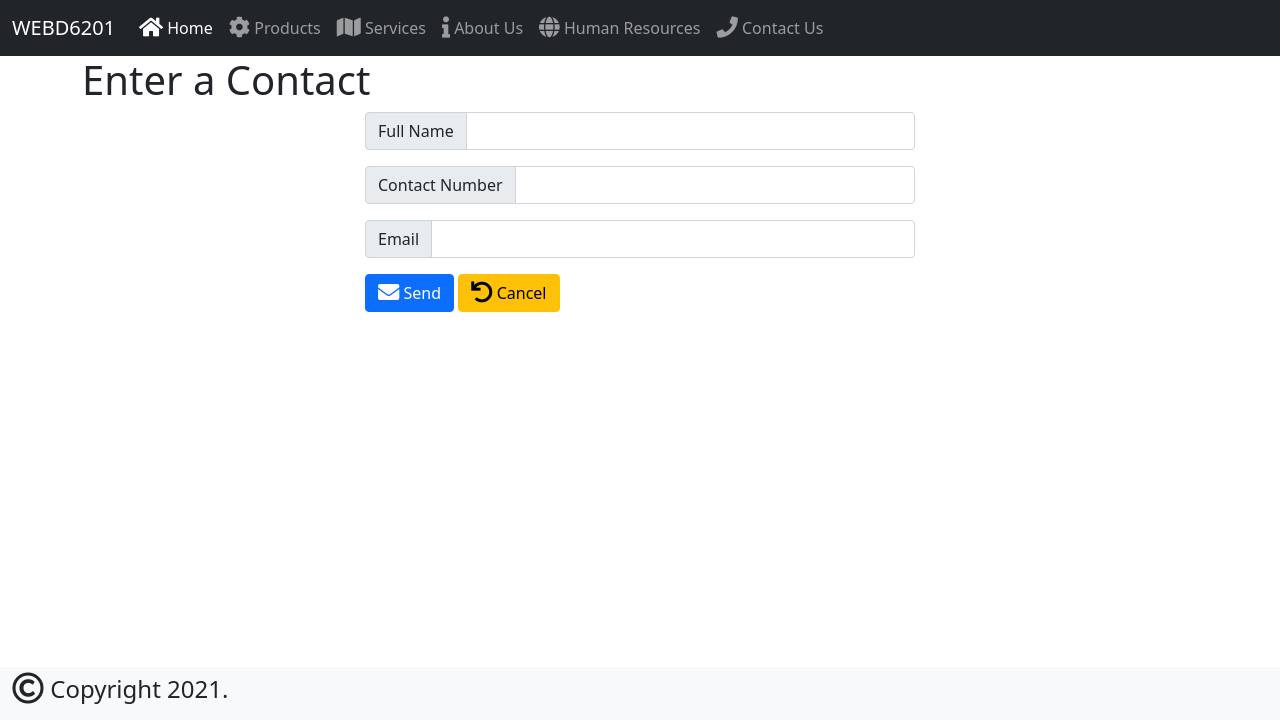
Repository: Sub4Sub/Lab_1
Page: contact.html
The author's editor kept a copy of each file at every save. The page is drawn from the files as they stood at one save, then again after the next save.
The browser window is 1280 px wide. The pictures show the whole page.

Above is the page before, as saved 2021-02-05 15:03:35.

### contact.html
<!DOCTYPE html>
<html lang="en">
<head>
    <meta charset="UTF-8">
    <meta name="viewport" content="width=device-width, initial-scale=1.0">
    <title>Contact</title>
    <!-- CSS Section -->
    <link rel="stylesheet" href="./node_modules/bootstrap/dist/css/bootstrap.min.css">
    <link rel="stylesheet" href="./node_modules/@fortawesome/fontawesome-free/css/all.min.css">
    <link rel="stylesheet" href="./Content/app.css">
</head>
<body>
    <!-- Main Header -->
    <header>
        <!-- Main Navigation -->
        <nav class="navbar navbar-expand-lg navbar-dark bg-dark">
            <div class="container-fluid">
              <a class="navbar-brand" href="index.html">WEBD6201</a>
              <button class="navbar-toggler" type="button" data-bs-toggle="collapse" data-bs-target="#navbarSupportedContent" aria-controls="navbarSupportedContent" aria-expanded="false" aria-label="Toggle navigation">
                <span class="navbar-toggler-icon"></span>
              </button>
              <div class="collapse navbar-collapse" id="navbarSupportedContent">
                <ul class="navbar-nav me-auto mb-2 mb-lg-0">
                  <li class="nav-item">
                    <a class="nav-link active" aria-current="page" href="index.html"><i class="fas fa-home fa-lg"></i> Home</a>
                  </li>

                  <li class="nav-item">
                    <a class="nav-link" id="productsLink" aria-current="page" href="products.html"><i class="fas fa-cog fa-lg"></i> Products</a>
                  </li>

                  <li class="nav-item">
                    <a class="nav-link" aria-current="page" href="services.html"><i class="fas fa-map fa-lg"></i> Services</a>
                  </li>

                  <li class="nav-item" id="aboutUsList">
                    <a class="nav-link" aria-current="page" href="about.html"><i class="fas fa-info fa-lg"></i> About Us</a>
                  </li>

                  <li class="nav-item">
                    <a class="nav-link" aria-current="page" href="contact.html"><i class="fas fa-phone fa-lg"></i> Contact Us</a>
                  </li>
                </ul>
              </div>
            </div>
          </nav>
    </header>

    <!-- Main Content -->
    <main class="container">
    </main>


    <!-- Script Section-->
    <script src="./node_modules/jquery/dist/jquery.min.js"></script>
    <script src="./node_modules/bootstrap/dist/js/bootstrap.bundle.min.js"></script>
    <script src="./Scripts/app.js"></script>
</body>
</html>

### Scripts/app.js
/*
* Name: Brett Tindall & Emeka Okoisama
* Student Id: 100708109 &
* Date Completed: 2021-02-05
*/

"use strict";

//IIFE - Immediately Invoked Function Expression
(function()
{

    /*
      Function that displays the home page's content
    */
    function displayHome()
    {
        let indexHeading = document.createElement("h1");

        indexHeading.setAttribute("id", "indexHeading");
        indexHeading.textContent = `Welcome to lab 1`;
        //indexHeading.className = "fs-4 fw-bold";

        let mainContent = document.querySelector("main");
        mainContent.appendChild(indexHeading);

        let newDivTag = document.createElement("div");
        newDivTag.innerHTML =
        `<h4>By Brett Tindall and Emeka Okoisama</h4>
        <p id="paragraphThree"> This is our first lab submission </p>`;

        mainContent.append(newDivTag);


    }

    /*
      Function that displays the contact page's content
    */
    function displayContact()
    {
      let contactHeading = document.createElement("h1");

      contactHeading.setAttribute("id", "contactHeading");
      contactHeading.textContent = "Enter a Contact";

      let mainContent = document.querySelector("main");
      mainContent.appendChild(contactHeading);

      let newDivTag = document.createElement("div");
      newDivTag.innerHTML =
      `<div id="messageArea"></div>

      <div class="row justify-content-lg-center g-3">
        <form class="col-lg-6 col-md-10 col-sm-10">

          <div class="input-group mb-3">
            <span class="input-group-text" id="inputGroup-sizing-default">Full Name </span>
            <input id="fullName" type="text" class="form-control" aria-label="Full Name" aria-describedby="Full Name Input"
            name="fullName" required>
          </div>

          <div class="input-group mb-3">
            <span class="input-group-text" id="inputGroup-sizing-default">Contact Number</span>
            <input id="contactNumber" type="tel" class="form-control" aria-label="Contact Number" aria-describedby="Contact Number Input"
            name="contactNumber" required>
          </div>

          <div class="input-group mb-3">
            <span class="input-group-text" id="inputGroup-sizing-default">Email</span>
            <input id="emailAddress" type="email" class="form-control" aria-label="Email Address" aria-describedby="Email Address Input"
            name="emailAddress" required>
          </div>

          <button id="sendButton" type="submit" class="btn btn-primary"><i class="fas fa-envelope fa-lg"></i> Send</button>
          <button id="cancelButton" type="reset" class="btn btn-warning"><i class="fas fa-undo fa-lg"></i> Cancel</button>
        </form>
      </div>`;

      mainContent.append(newDivTag);


      let sendButton = document.getElementById("sendButton");

        sendButton.addEventListener("click", function(event){

          window.location.href = '/index.html';

        });

    }

    /*
      Function that displays the fixed footer at the bottom of the page
    */
    function displayFooter()
    {
      let mainContent = document.querySelector("main");

      let newFooterTag = document.createElement("footer");

      newFooterTag.innerHTML =
      `
      <footer>
        <nav class="navbar fixed-bottom navbar-light bg-light">
            <div class="container-fluid">
              <h4><i class="far fa-copyright fa-lg"></i> Copyright 2021.</h4>
            </div>
          </nav>
    </footer>
      `

      mainContent.append(newFooterTag);

    }

    /*
      Function that adds a button to the human resources page
    */
    function addHumanResourcesButton()
    {

      let aboutUsLink = document.getElementById("aboutUsList");

      let newListItem = document.createElement("li");

      newListItem.innerHTML =
      `
      <li class="nav-item">
        <a class="nav-link" id="HumanResourcesLink" aria-current="page" href="human-resources.html"><i class="fas fa-globe fa-lg"></i> Human Resources</a>
      </li>
      `

      aboutUsLink.after(newListItem);

    }

    function Start()
    {
        console.log("App Started...");

        let productsButton = document.getElementById("productsLink");

        //productsButton.textContent = "Projects";

        productsButton.replaceChild = "Projects";

        addHumanResourcesButton();

        switch (document.title)
        {
          case "Home":
              displayHome();
            break;
          case "About":
              displayAbout();
            break;
          case "Projects":
              displayProjects();
            break;
          case "Services":
              displayServices();
            break;
          case "Contact":
              displayContact();
            break;
        }

    }

    displayFooter();

    window.addEventListener("load", Start);

})();

Loaded but not shown: node_modules/bootstrap/dist/css/bootstrap.min.css (library); node_modules/@fortawesome/fontawesome-free/css/all.min.css (library); node_modules/jquery/dist/jquery.min.js (library); node_modules/bootstrap/dist/js/bootstrap.bundle.min.js (library); Content/app.css (no stored copy; drawn as an empty file)

After the next save:
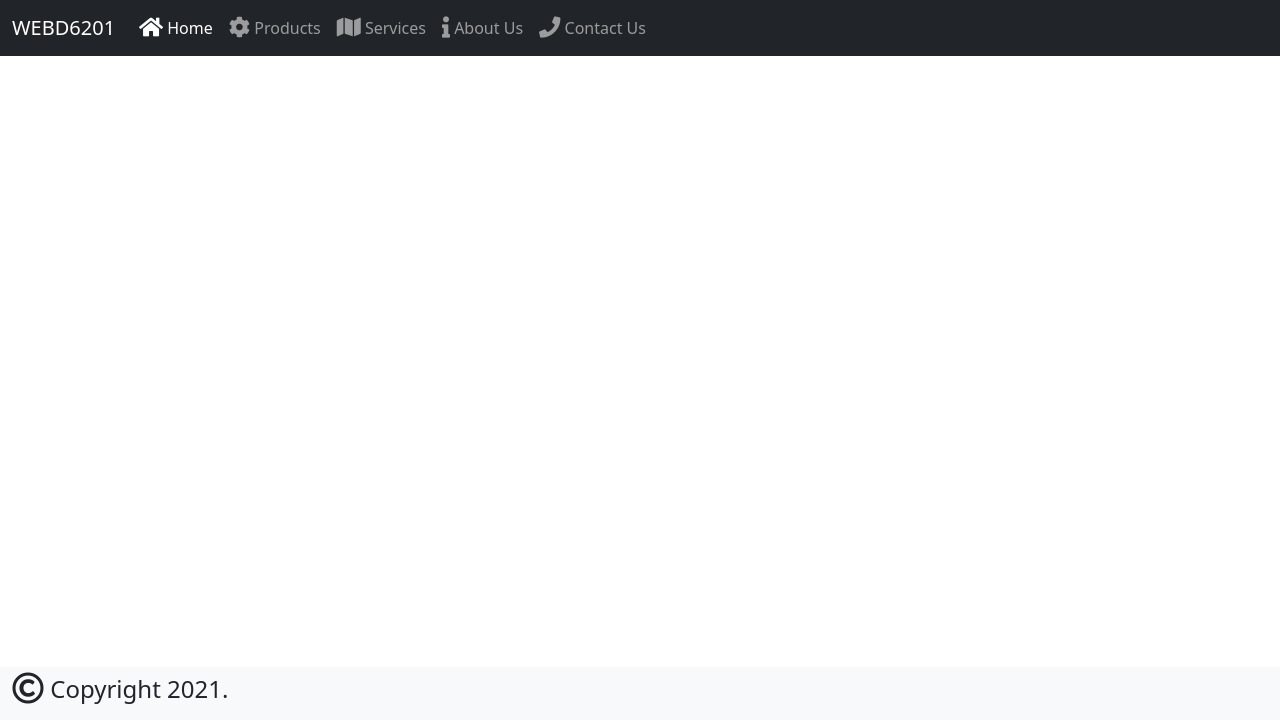
Console error (its wording comes from the project's code and is left out).
Saved 10 s later.
--- a/Scripts/app.js
+++ b/Scripts/app.js
@@ -143,7 +143,7 @@
 
         //productsButton.textContent = "Projects";
 
-        productsButton.replaceChild = "Projects";
+        productsButton.replaceChild("Projects");
 
         addHumanResourcesButton();
 
